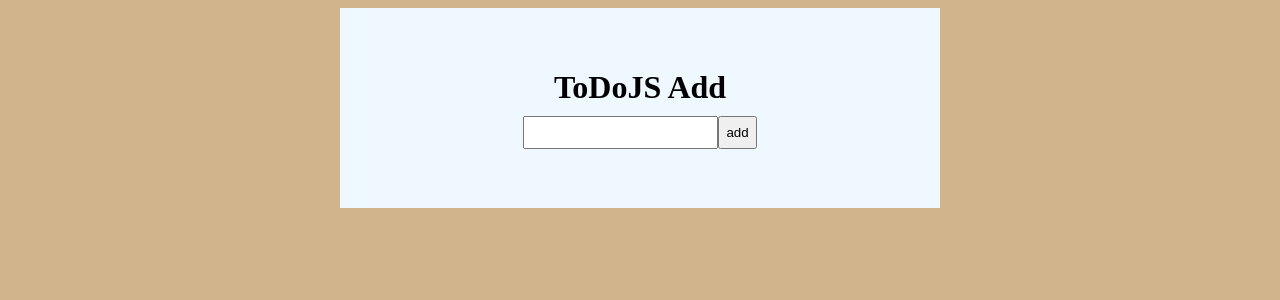
Repository: Savich01/ToDo
Page: index.html
The author's editor kept a copy of each file at every save. The page is drawn from the files as they stood at one save, then again after the next save.
The browser window is 1280 px wide. The pictures show the whole page.

Above is the page before, as saved 2024-05-03 12:09:49.

### index.html
<!DOCTYPE html>
<html lang="en">
<head>
    <meta charset="UTF-8">
    <meta name="viewport" content="width=device-width, initial-scale=1.0">
    <link rel="stylesheet" href="css/style.css">
    <title>ToDO</title>
</head>
<body>
        <div class="block1">
            <div class="block-sub">
                <h1 class="title">ToDoJS Add</h1>
                <form action="#">
                    <input class="input1" type="text">
                    <button>add</button>
                </form>
            </div>
            <div class="block-sub2">

            </div>
        </div>
        <script src="js/script.js"></script>
</body>
</html>

### css/style.css
body {
    max-width: 100%;
    background: tan;
}

.block1 {
    max-width: 600px;
    background-color: aliceblue;
    height: 200px;
    margin: 0 auto;
}

.block-sub {
    max-width: 200px;
    margin: 0 auto;
    padding: 40px 0 0 0;
    display: flex;
    flex-direction: column;
    align-items: center;
    text-align: center;
}

.input1 {
    padding: 7px;
}

form {
    display: flex;
    border-radius: 10%;
}
.title {
   color: #000;
   margin-bottom: 10px;

}


/*--------------------ПЕРВЫЙ БЛОК-------------------------------------*/

Loaded but not shown: js/script.js (no copy from this time; the picture is the same without it)

After the next save:
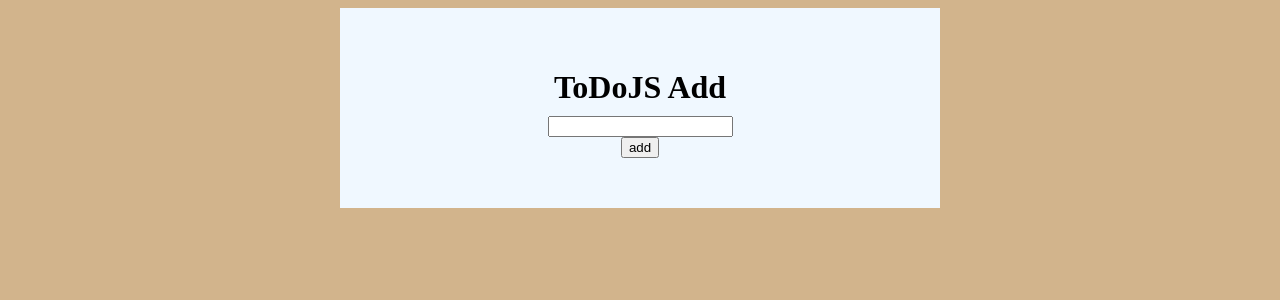
Saved 10 min 52 s later.
--- a/index.html
+++ b/index.html
@@ -10,10 +10,10 @@
         <div class="block1">
             <div class="block-sub">
                 <h1 class="title">ToDoJS Add</h1>
-                <form action="#">
-                    <input class="input1" type="text">
-                    <button>add</button>
-                </form>
+                <div class="personal">
+                    <input class="personal-input1" type="text">
+                    <button class="personal-btn">add</button>
+                </div>
             </div>
             <div class="block-sub2">
 
